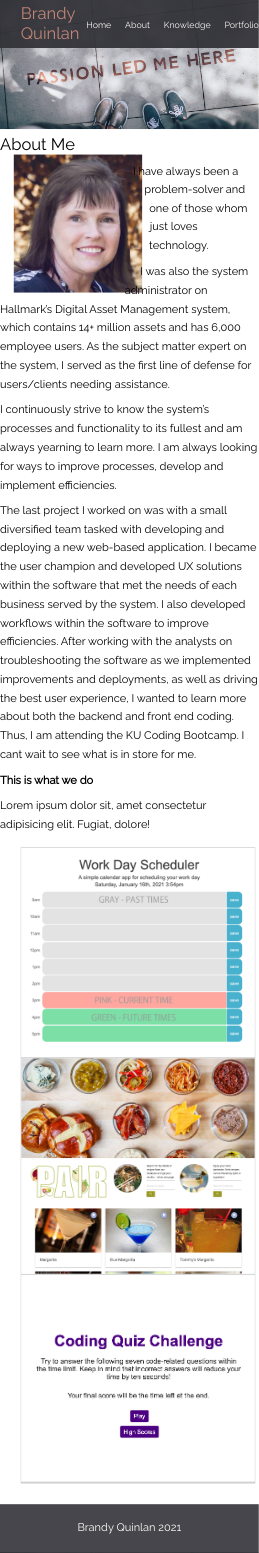
Repository: brandyquinlan/brandyquinlan
Page: index.html
An editor plug-in stored every save of this project. The page is shown before and after the next save, followed by the edit.
The browser window is 375 px wide. The pictures show the whole page, at 69% of full size.
Some web libraries are served in a nearby version.

Above is the page before, as saved 2021-02-05 21:17:39.

After the next save:
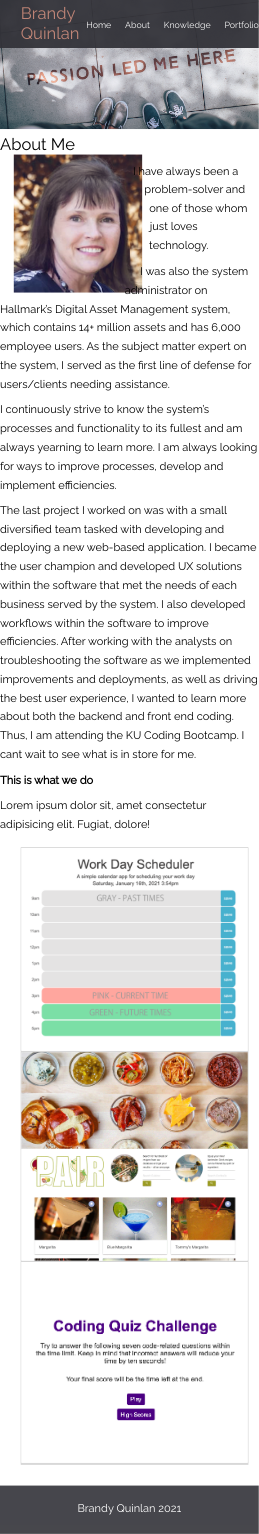
Saved 17 s later.
--- a/css/style.css
+++ b/css/style.css
@@ -295,7 +295,7 @@
                 display: flex;
                 display: block;
                 margin: auto;
-                padding: 10px 5px 20px 30px;
+                padding: 10px 15px 20px 30px;
                 /* flex-direction: column; */
                 /* justify-content: space-around; */
                 /* align-items: center; */
